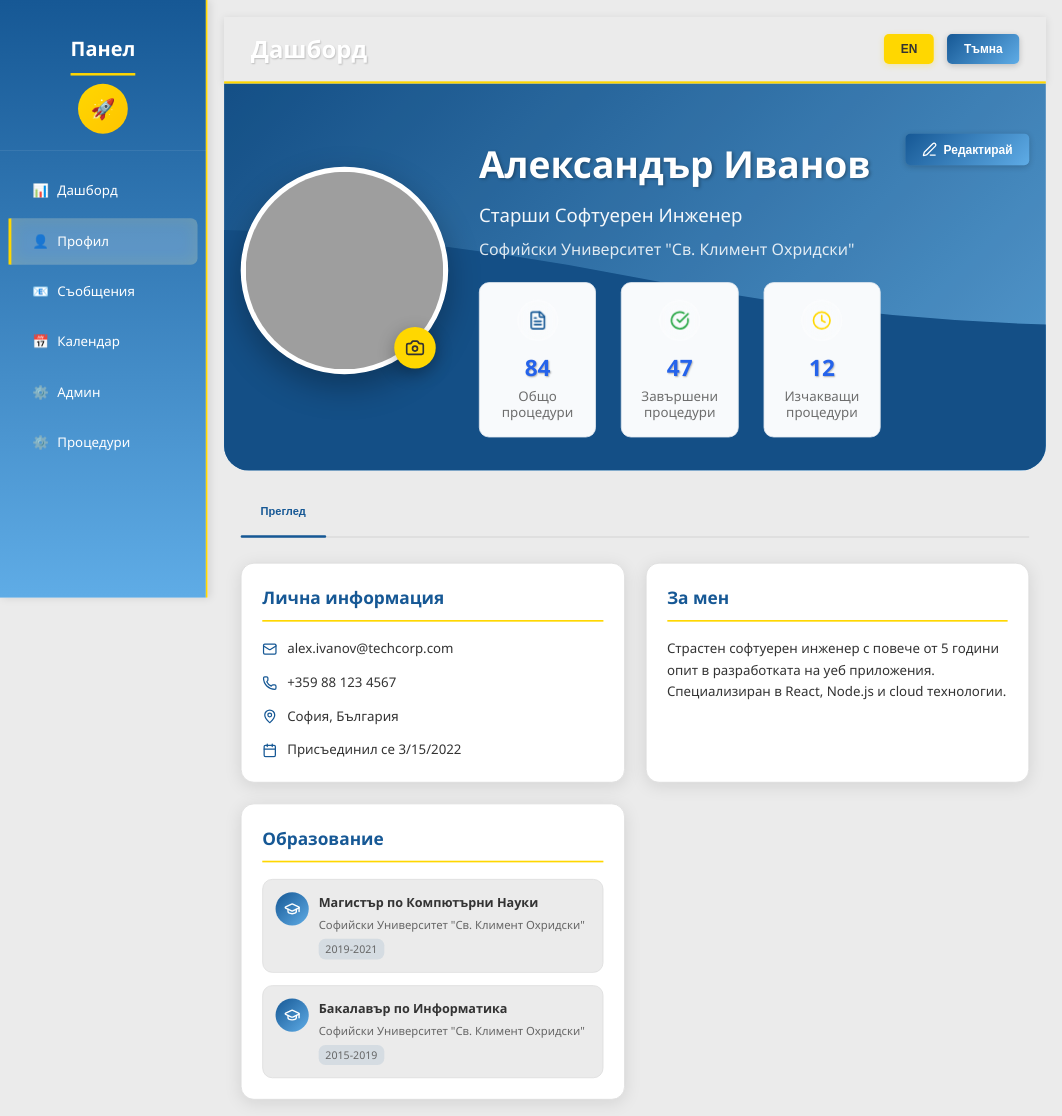
Repository: BorisSavianov/doxa-frontend
Page: /profile
An editor plug-in stored every save of this project. The page is shown before and after the next save, followed by the edit.
The browser window is 1280 px wide. The pictures show the whole page, at 83% of full size.
Pictures or frames that could not be fetched are drawn as grey boxes. The project was rebuilt for these pictures with package versions that can differ from the ones it lists, and the page was loaded fresh each time. Also part of the build but not shown: vite.config.js, src/pages/Dashboard.jsx, src/pages/Inbox.css, src/pages/Inbox.jsx, src/pages/Calendar.css, src/pages/Calendar.jsx, src/pages/Admin.jsx, src/styles/procedures.css and 1 more.

Above is the page before, as saved 2025-10-24 14:35:44.

### index.html
<!doctype html>
<html lang="en">
  <head>
    <meta charset="UTF-8" />
    <link rel="icon" type="image/svg+xml" href="/vite.svg" />
    <meta name="viewport" content="width=device-width, initial-scale=1.0" />
    <title>vtu</title>
  </head>
  <body>
    <div id="root"></div>
    <script type="module" src="/src/main.jsx"></script>
  </body>
</html>

### src/main.jsx
import React from 'react'
import ReactDOM from 'react-dom/client'
import { createBrowserRouter, RouterProvider } from 'react-router-dom'
import { ThemeProvider } from './contexts/ThemeContext'
import { LanguageProvider } from './contexts/LanguageContext'
import Layout from './components/Layout/Layout'
import Dashboard from './pages/Dashboard'
import Profile from './pages/Profile'
import Inbox from './pages/Inbox'
import Calendar from './pages/Calendar'
import Admin from './pages/Admin'
import './index.css'

const router = createBrowserRouter([
  {
    path: "/",
    element: <Layout />,
    children: [
      {
        index: true,
        element: <Dashboard />,
      },
      {
        path: "dashboard",
        element: <Dashboard />,
      },
      {
        path: "profile",
        element: <Profile />,
      },
      {
        path: "inbox",
        element: <Inbox />,
      },
      {
        path: "calendar",
        element: <Calendar />,
      },
      {
        path: "admin",
        element: <Admin />,
      },
    ],
  },
], {
  future: {
    v7_startTransition: true,
    v7_relativeSplatPath: true,
  },
});

function App() {
  return (
    <ThemeProvider>
      <LanguageProvider>
        <RouterProvider router={router} />
      </LanguageProvider>
    </ThemeProvider>
  )
}

ReactDOM.createRoot(document.getElementById('root')).render(
  <React.StrictMode>
    <App />
  </React.StrictMode>,
)

### src/contexts/LanguageContext.jsx
import React, { createContext, useContext, useState } from 'react'
import { useLocalStorage } from '../hooks/useLocalStorage'

const LanguageContext = createContext()

export const useLanguage = () => {
  const context = useContext(LanguageContext)
  if (!context) {
    throw new Error('useLanguage must be used within a LanguageProvider')
  }
  return context
}

export const LanguageProvider = ({ children }) => {
  const [isEnglish, setIsEnglish] = useLocalStorage('language', false)

  const toggleLanguage = () => {
    setIsEnglish(prev => !prev)
  }

  const t = (bg, en) => {
    return isEnglish ? en : bg
  }

  const value = {
    isEnglish,
    toggleLanguage,
    t
  }

  return (
    <LanguageContext.Provider value={value}>
      {children}
    </LanguageContext.Provider>
  )
}

// В LanguageContext.jsx, добави следния код в t функцията или създай нова:
const calendarLocales = {
  bg: {
    buttonText: {
      today: 'Днес',
      month: 'Месец',
      week: 'Седмица',
      day: 'Ден',
      list: 'Списък'
    },
    allDayText: 'Цял ден',
    noEventsText: 'Няма събития'
  },
  en: {
    buttonText: {
      today: 'Today',
      month: 'Month',
      week: 'Week',
      day: 'Day',
      list: 'List'
    },
    allDayText: 'All day',
    noEventsText: 'No events'
  }
}

// Актуализирай t функцията или добави нова:
const getCalendarLocale = () => {
  return isEnglish ? calendarLocales.en : calendarLocales.bg
}

### src/components/Layout/Layout.jsx
import React from 'react'
import { Routes, Route } from 'react-router-dom'
import { useTheme } from '../../contexts/ThemeContext'
import Header from './Header'
import Sidebar from './Sidebar'
import Dashboard from '../../pages/Dashboard'
import Profile from '../../pages/Profile'
import Inbox from '../../pages/Inbox'
import Calendar from '../../pages/Calendar'
import Admin from '../../pages/Admin'
import Procedures from '../../pages/Procedures'
import '../../styles/globals.css'

const Layout = () => {
  const { isDark } = useTheme()

  return (
    <div className={`app ${isDark ? 'dark' : 'light'}`}>
      <Sidebar />
      <div className="main-content">
        <Header />
        <Routes>
          <Route path="/" element={<Dashboard />} />
          <Route path="/dashboard" element={<Dashboard />} />
          <Route path="/profile" element={<Profile />} />
          <Route path="/inbox" element={<Inbox />} />
          <Route path="/calendar" element={<Calendar />} />
          <Route path="/admin" element={<Admin />} />
          <Route path="/procedures" element={<Procedures />} />
        </Routes>
      </div>
    </div>
  )
}

export default Layout

### src/index.css
:root {
  font-family: Inter, system-ui, Avenir, Helvetica, Arial, sans-serif;
  line-height: 1.5;
  font-weight: 400;
}

body {
  margin: 0;
  display: flex;
  place-items: center;
  min-width: 320px;
  min-height: 100vh;
}

#root {
  width: 100%;
  margin: 0 auto;
}

### src/components/Layout/Header.jsx
import React from 'react'
import { useTheme } from '../../contexts/ThemeContext'
import { useLanguage } from '../../contexts/LanguageContext'

const Header = () => {
  const { isDark, toggleTheme } = useTheme()
  const { isEnglish, toggleLanguage, t } = useLanguage()

  return (
    <header className="header">
      <h1>{t('Дашборд', 'Dashboard')}</h1>
      <div className="header-controls">
        <button
          className="btn btn-accent"
          onClick={toggleLanguage}
        >
          {isEnglish ? 'BG' : 'EN'}
        </button>
        <button
          className="btn btn-primary"
          onClick={toggleTheme}
        >
          {isDark ? t('Светла', 'Light') : t('Тъмна', 'Dark')}
        </button>
      </div>
    </header>
  )
}

export default Header

### src/components/Layout/Sidebar.jsx
import React from 'react'
import { NavLink } from 'react-router-dom'
import { useLanguage } from '../../contexts/LanguageContext'

const Sidebar = () => {
  const { t } = useLanguage()

  const menuItems = [
    { path: '/dashboard', label: t('Дашборд', 'Dashboard'), icon: '📊' },
    { path: '/profile', label: t('Профил', 'Profile'), icon: '👤' },
    { path: '/inbox', label: t('Съобщения', 'Inbox'), icon: '📧' },
    { path: '/calendar', label: t('Календар', 'Calendar'), icon: '📅' },
    { path: '/admin', label: t('Админ', 'Admin'), icon: '⚙️' },
       { path: '/procedures', label: t('Процедури', 'Admin'), icon: '⚙️' }
  ]

  return (
    <aside className="sidebar">
      <div style={{ padding: '20px', textAlign: 'center', borderBottom: '1px solid rgba(255,255,255,0.1)' }}>
        <h2 style={{ color: 'white', fontSize: '1.5rem', marginBottom: '10px' }}>
          {t('Панел', 'Panel')}
        </h2>
        <div style={{
          width: '60px',
          height: '60px',
          background: 'linear-gradient(135deg, var(--accent), #FFC400)',
          borderRadius: '50%',
          margin: '0 auto',
          display: 'flex',
          alignItems: 'center',
          justifyContent: 'center',
          fontSize: '1.5rem'
        }}>
          🚀
        </div>
      </div>

      <nav style={{ marginTop: '20px' }}>
        <ul>
          {menuItems.map((item) => (
            <li key={item.path}>
              <NavLink
                to={item.path}
                className={({ isActive }) => isActive ? 'active' : ''}
              >
                <span style={{ marginRight: '10px' }}>{item.icon}</span>
                {item.label}
              </NavLink>
            </li>
          ))}
        </ul>
      </nav>
    </aside>
  )
}

export default Sidebar

### src/styles/globals.css
* {
  margin: 0;
  padding: 0;
  box-sizing: border-box;
}

:root {
  --transition: all 0.3s ease;
}

body {
  font-family: 'Segoe UI', Tahoma, Geneva, Verdana, sans-serif;
  transition: var(--transition);
  line-height: 1.6;
}

.app {
  min-height: 100vh;
  display: flex;
  transition: var(--transition);
}

/* Light theme */
.app.light {
  background-color: #ebebeb;
  color: #333333;
  --primary: #165895;
  --secondary: #5FACE6;
  --background: #ebebeb;
  --surface: #ffffff;
  --text: #333333;
  --textSecondary: #666666;
  --accent: #FFD700;
  --border: #dddddd;
}

/* Dark theme */
.app.dark {
  background-color: #333333;
  color: #ebebeb;
  --primary: #5FACE6;
  --secondary: #165895;
  --background: #333333;
  --surface: #444444;
  --text: #ebebeb;
  --textSecondary: #cccccc;
  --accent: #FFD700;
  --border: #555555;
}

/* Main content area */
.main-content {
  flex: 1;
  padding: 20px;
  margin-left: 250px;
  transition: var(--transition);
  background: var(--background);
}

/* Header */
.header {
  background: linear(135deg, var(--primary), var(--secondary));
  padding: 1rem 2rem;
  display: flex;
  justify-content: space-between;
  align-items: center;
  box-shadow: 0 2px 10px rgba(0,0,0,0.1);
  transition: var(--transition);
  border-bottom: 3px solid var(--accent);
}

.header h1 {
  color: white;
  font-size: 1.8rem;
  font-weight: 600;
  text-shadow: 1px 1px 2px rgba(0,0,0,0.2);
}

.header-controls {
  display: flex;
  gap: 1rem;
  align-items: center;
}

/* Sidebar */
.sidebar {
  width: 250px;
  background: linear-gradient(180deg, var(--primary), var(--secondary));
  position: fixed;
  height: 100vh;
  padding: 20px 0;
  box-shadow: 3px 0 10px rgba(0,0,0,0.1);
  transition: var(--transition);
  border-right: 2px solid var(--accent);
}

.sidebar nav ul {
  list-style: none;
}

.sidebar nav a {
  display: block;
  padding: 15px 25px;
  color: white;
  text-decoration: none;
  transition: var(--transition);
  border-left: 4px solid transparent;
  font-weight: 500;
  margin: 5px 10px;
  border-radius: 0 8px 8px 0;
}

.sidebar nav a:hover {
  background: rgba(255, 255, 255, 0.1);
  border-left-color: var(--accent);
  transform: translateX(5px);
}

.sidebar nav a.active {
  background: rgba(255, 255, 255, 0.2);
  border-left-color: var(--accent);
  box-shadow: inset 0 0 20px rgba(255, 215, 0, 0.1);
}

/* Buttons */
.btn {
  padding: 10px 20px;
  border: none;
  border-radius: 6px;
  cursor: pointer;
  font-weight: 600;
  transition: var(--transition);
  display: flex;
  align-items: center;
  gap: 8px;
  font-size: 0.9rem;
}

.btn-primary {
  background: linear-gradient(135deg, var(--primary), var(--secondary));
  color: white;
  box-shadow: 0 2px 8px rgba(0,0,0,0.2);
}

.btn-primary:hover {
  transform: translateY(-2px);
  box-shadow: 0 4px 12px rgba(0,0,0,0.3);
}

.btn-accent {
  background: var(--accent);
  color: #333333;
  font-weight: bold;
  box-shadow: 0 2px 8px rgba(255, 215, 0, 0.3);
}

.btn-accent:hover {
  background: #FFC400;
  transform: translateY(-2px);
  box-shadow: 0 4px 12px rgba(255, 215, 0, 0.4);
}

/* Cards */
.card {
  background: var(--surface);
  border-radius: 12px;
  padding: 25px;
  box-shadow: 0 4px 15px rgba(0,0,0,0.1);
  transition: var(--transition);
  border: 1px solid var(--border);
  position: relative;
  overflow: hidden;
}

.card::before {
  content: '';
  position: absolute;
  top: 0;
  left: 0;
  right: 0;
  height: 4px;
  background: linear-gradient(90deg, var(--primary), var(--accent));
}

.card:hover {
  transform: translateY(-5px);
  box-shadow: 0 8px 25px rgba(0,0,0,0.15);
}

/* Dashboard Grid */
.dashboard-grid {
  display: grid;
  grid-template-columns: repeat(auto-fit, minmax(280px, 1fr));
  gap: 25px;
  margin-top: 25px;
}

.stat-card {
  text-align: center;
  background: linear-gradient(135deg, var(--surface), var(--background));
}

.stat-number {
  font-size: 2.5rem;
  font-weight: bold;
  background: linear-gradient(135deg, var(--primary), var(--secondary));
  -webkit-background-clip: text;
  -webkit-text-fill-color: transparent;
  background-clip: text;
  margin: 15px 0;
}

.stat-label {
  color: var(--textSecondary);
  font-size: 1rem;
  font-weight: 500;
}

/* Chart container */
.chart-container {
  background: var(--surface);
  border-radius: 12px;
  padding: 25px;
  margin-top: 25px;
  border: 1px solid var(--border);
  box-shadow: 0 4px 15px rgba(0,0,0,0.1);
}

.chart-container h3 {
  color: var(--primary);
  margin-bottom: 20px;
  font-size: 1.3rem;
}

.simple-chart {
  height: 250px;
  background: linear-gradient(135deg, var(--background), var(--surface));
  border-radius: 8px;
  display: flex;
  align-items: flex-end;
  padding: 15px;
  gap: 12px;
  border: 1px solid var(--border);
}

.chart-bar {
  flex: 1;
  background: linear-gradient(to top, var(--primary), var(--secondary));
  border-radius: 4px 4px 0 0;
  transition: var(--transition);
  min-height: 20px;
  position: relative;
  box-shadow: 0 -2px 10px rgba(0,0,0,0.1);
}

.chart-bar:hover {
  transform: scaleY(1.05);
  box-shadow: 0 -4px 15px rgba(0,0,0,0.2);
}

.chart-bar::after {
  content: '';
  position: absolute;
  top: 0;
  left: 0;
  right: 0;
  height: 100%;
  background: linear-gradient(to bottom, transparent, rgba(255, 215, 0, 0.3));
  border-radius: 4px 4px 0 0;
}

/* Page headers */
h2 {
  color: var(--primary);
  font-size: 2rem;
  margin-bottom: 20px;
  padding-bottom: 10px;
  border-bottom: 3px solid var(--accent);
  display: inline-block;
}

h3 {
  color: var(--primary);
  margin-bottom: 15px;
  font-size: 1.4rem;
}

/* Responsive design */
@media (max-width: 768px) {
  .sidebar {
    width: 200px;
    transform: translateX(-100%);
  }

  .main-content {
    margin-left: 0;
  }

  .dashboard-grid {
    grid-template-columns: 1fr;
  }

  .header {
    padding: 1rem;
  }

  .header h1 {
    font-size: 1.4rem;
  }
}

/* Additional styling for better visual hierarchy */
.progress-bar {
  background: var(--border);
  border-radius: 10px;
  height: 8px;
  overflow: hidden;
  margin: 10px 0;
}

.progress-fill {
  height: 100%;
  background: linear-gradient(90deg, var(--primary), var(--accent));
  border-radius: 10px;
  transition: width 0.3s ease;
}

.badge {
  background: var(--accent);
  color: #333333;
  padding: 4px 12px;
  border-radius: 20px;
  font-size: 0.8rem;
  font-weight: bold;
  display: inline-block;
  margin-left: 10px;
}

### src/styles/dashboard.css
.dashboard {
    padding: 20px;
    min-height: 100vh;
    position: relative;
}

.dashboard-header {
    position: absolute;
    top: 0;
    left: 0;
    right: 0;
    height: 4px;
    background: #2563eb;
    background: linear-gradient(90deg, #2563eb 0%, #3b82f6 50%, #2563eb 100%);
}

.dashboard h2 {
    color: #2d3748;
    margin-bottom: 24px;
    font-size: 28px;
    font-weight: 600;
    margin-top: 10px;
}

.card {
    background: white;
    border-radius: 12px;
    padding: 24px;
    box-shadow: 0 4px 6px rgba(0, 0, 0, 0.05);
    border: 1px solid #e2e8f0;
    position: relative;
    overflow: hidden;
}

.card h2 {
    color: #2d3748;
    margin-bottom: 20px;
    font-size: 20px;
    font-weight: 600;
    border-bottom: 2px solid #e2e8f0;
    padding-bottom: 12px;
}

/* Процедури стилове - цяла ширина */
.procedures-card.full-width {
    grid-column: 1 / -1;
    margin-bottom: 24px;
}

.procedures-grid {
    display: grid;
    grid-template-columns: 1fr 1fr;
    gap: 40px;
}

.procedures-column {
    display: flex;
    flex-direction: column;
    justify-content: space-evenly;
    gap: 24px;
}

.procedure-section:nth-child(even) {
    flex: 1;
    display: flex;
    flex-direction: column;
    justify-content: flex-end;
}

.procedure-section h3 {
    font-size: 14px;
    color: #718096;
    margin-bottom: 8px;
    font-weight: 500;
}

.procedure-item {
    padding: 16px;
    border-radius: 8px;
    border: 1px solid #e2e8f0;
    transition: all 0.2s ease;
    background: white;
}

.procedure-item.waiting {
    padding: 12px 16px;
}

.procedure-content {
    display: flex;
    justify-content: space-between;
    align-items: flex-start;
    gap: 12px;
}

.procedure-info {
    flex: 1;
}

.procedure-title {
    font-weight: 600;
    color: #2d3748;
    margin-bottom: 4px;
}

.procedure-date {
    font-size: 14px;
    color: #718096;
}

.procedure-item:hover {
    background-color: #f7fafc;
    box-shadow: 0 2px 4px rgba(0, 0, 0, 0.1);
}

.procedure-list {
    display: flex;
    flex-direction: column;
    gap: 12px;
}

/* Бутон за детайли */
.details-btn {
    background: #2563eb;
    color: white;
    border: none;
    padding: 8px 16px;
    border-radius: 6px;
    font-size: 14px;
    font-weight: 500;
    cursor: pointer;
    transition: all 0.2s ease;
    white-space: nowrap;
    min-width: 80px;
}

.details-btn:hover {
    background: #1d4ed8;
    box-shadow: 0 2px 4px rgba(37, 99, 235, 0.3);
}

.details-btn:active {
    transform: translateY(0);
}

/* Долни секции */
.bottom-sections {
    display: grid;
    grid-template-columns: 1fr;
    gap: 24px;
}

/* Аналитики стилове - подобрени */
.analytics-card.full-width {
    grid-column: 1 / -1;
}

.analytics-content {
    padding: 10px 0;
}

.analytics-main {
    text-align: center;
    margin-bottom: 20px;
    padding: 20px;
    background: linear-gradient(135deg, #2563eb 0%, #3b82f6 100%);
    border-radius: 12px;
    color: white;
}

.month {
    font-size: 28px;
    font-weight: 700;
    margin-bottom: 8px;
}

.trend {
    font-size: 16px;
    font-weight: 600;
    padding: 8px 16px;
    border-radius: 20px;
    display: inline-block;
}

.trend.positive {
    background: rgba(255, 255, 255, 0.2);
    border: 1px solid rgba(255, 255, 255, 0.3);
}

.analytics-stats {
    display: grid;
    grid-template-columns: repeat(5, 1fr);
    gap: 15px;
    margin-top: 15px;
}

.stat-item {
    text-align: center;
    padding: 20px 15px;
    background: #f8fafc;
    border-radius: 12px;
    border: 1px solid #e2e8f0;
    transition: all 0.3s ease;
}

.stat-item:hover {
    /* transform: translateY(-2px); */
    box-shadow: 0 4px 12px rgba(0, 0, 0, 0.1);
}

.stat-value {
    font-size: 32px;
    font-weight: 700;
    color: #2563eb;
    margin-bottom: 8px;
}

.stat-value.accepted {
    color: #10b981;
}

.stat-value.rejected {
    color: #ef4444;
}

.stat-label {
    font-size: 14px;
    color: #64748b;
    font-weight: 500;
}

/* Календар стилове */
.calendar-placeholder {
    height: 200px;
    display: flex;
    align-items: center;
    justify-content: center;
    background: #f7fafc;
    border-radius: 8px;
    border: 2px dashed #e2e8f0;
}

.calendar-placeholder p {
    color: #a0aec0;
    font-size: 16px;
}

/* Responsive дизайн */
@media (max-width: 1024px) {
    .procedures-grid {
        gap: 30px;
    }

    .analytics-stats {
        grid-template-columns: repeat(3, 1fr);
    }
}

@media (max-width: 768px) {
    .dashboard {
        padding: 16px;
    }

    .card {
        padding: 20px;
    }

    .procedures-grid {
        grid-template-columns: 1fr;
        gap: 20px;
    }

    .bottom-sections {
        grid-template-columns: 1fr;
    }

    .procedures-card.full-width {
        margin-bottom: 20px;
    }

    .procedure-content {
        flex-direction: column;
        gap: 8px;
    }

    .details-btn {
        align-self: flex-end;
        min-width: 70px;
        padding: 6px 12px;
        font-size: 13px;
    }

    .analytics-stats {
        grid-template-columns: repeat(2, 1fr);
    }

    .stat-value {
        font-size: 28px;
    }
}

@media (max-width: 480px) {
    .month {
        font-size: 20px;
    }

    .dashboard h2 {
        font-size: 24px;
    }

    .analytics-stats {
        grid-template-columns: 1fr;
    }

    .stat-value {
        font-size: 24px;
    }

    .stat-item {
        padding: 15px 10px;
    }
}

Loaded but not shown: src/contexts/ThemeContext.js (31 lines, source omitted); src/hooks/useLocalStorage.js (24 lines, source omitted); src/pages/Profile.jsx (417 lines, source omitted); src/pages/Profile.css (619 lines, source omitted)

After the next save:
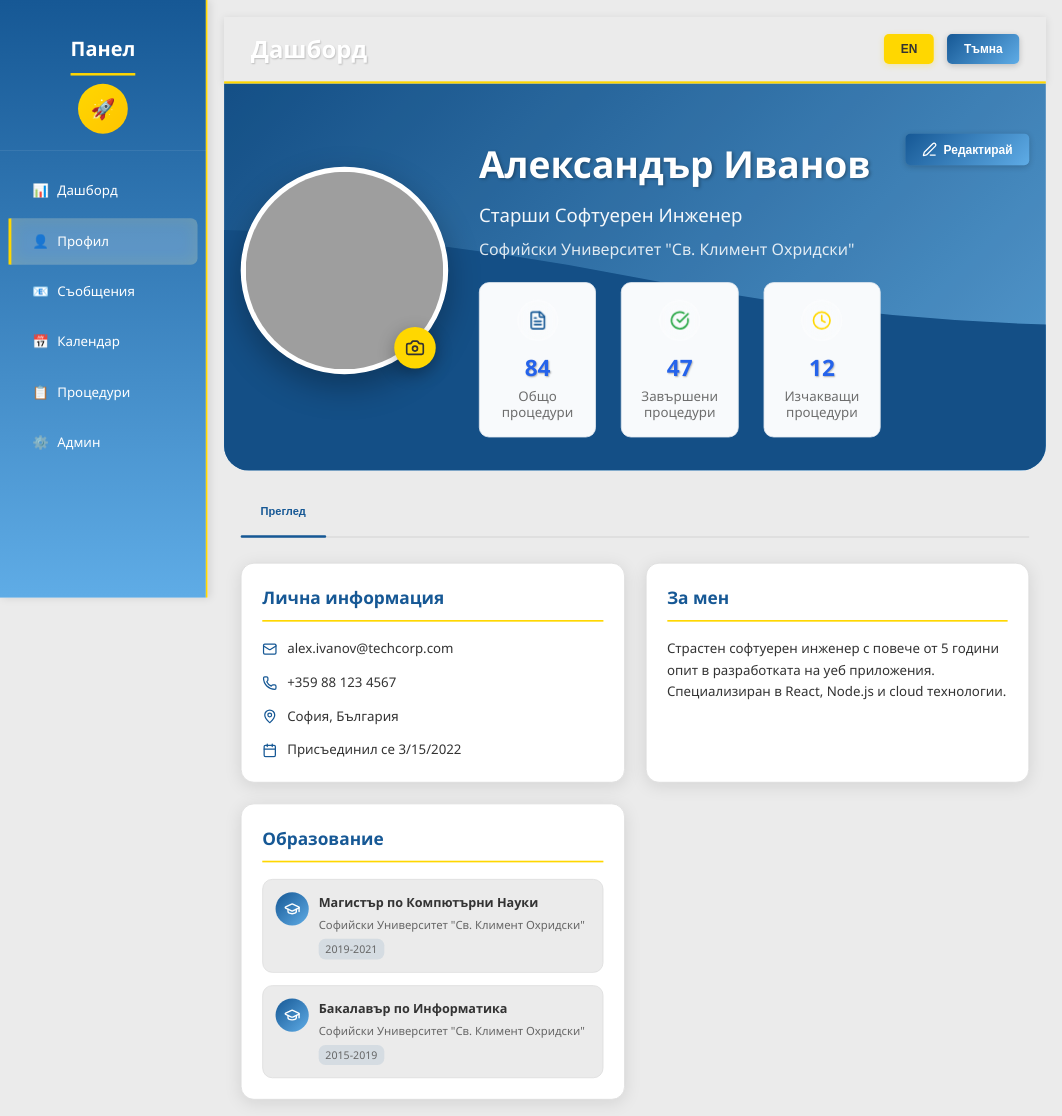
Saved 9 s later.
--- a/src/components/Layout/Sidebar.jsx
+++ b/src/components/Layout/Sidebar.jsx
@@ -10,8 +10,8 @@
     { path: '/profile', label: t('Профил', 'Profile'), icon: '👤' },
     { path: '/inbox', label: t('Съобщения', 'Inbox'), icon: '📧' },
     { path: '/calendar', label: t('Календар', 'Calendar'), icon: '📅' },
-    { path: '/admin', label: t('Админ', 'Admin'), icon: '⚙️' },
-       { path: '/procedures', label: t('Процедури', 'Admin'), icon: '⚙️' }
+    { path: '/procedures', label: t('Процедури', 'Procedures'), icon: '📋' }, // Променена иконка
+    { path: '/admin', label: t('Админ', 'Admin'), icon: '⚙️' }
   ]
 
   return (
